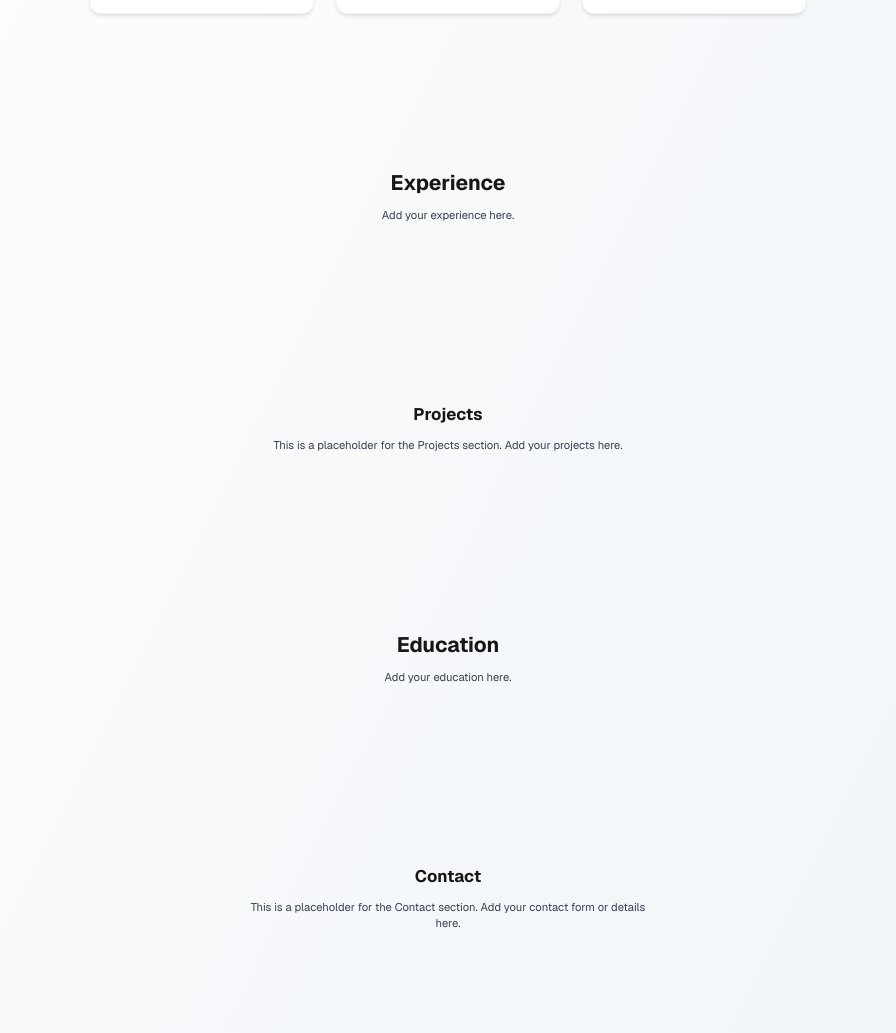
Repository: winniewyl/personal-portfolio
Page: /
These files come from the project's save history. The page is drawn as it stood at one moment and after the next save; the edit follows.
The browser window is 1280 px wide. The pictures show the part of the page from y = 1097 to 3017 px (the page is 2573 px tall before and 3897 px after), at 70% of full size.
The project was rebuilt for these pictures with package versions that can differ from the ones it lists, and the page was loaded fresh each time. The framework's server and built-in components were replaced by stand-ins that run in the browser. Also part of the build but not shown: next.config.ts.

Above is the page before, as saved 2025-07-22 11:39:55.

After the next save:
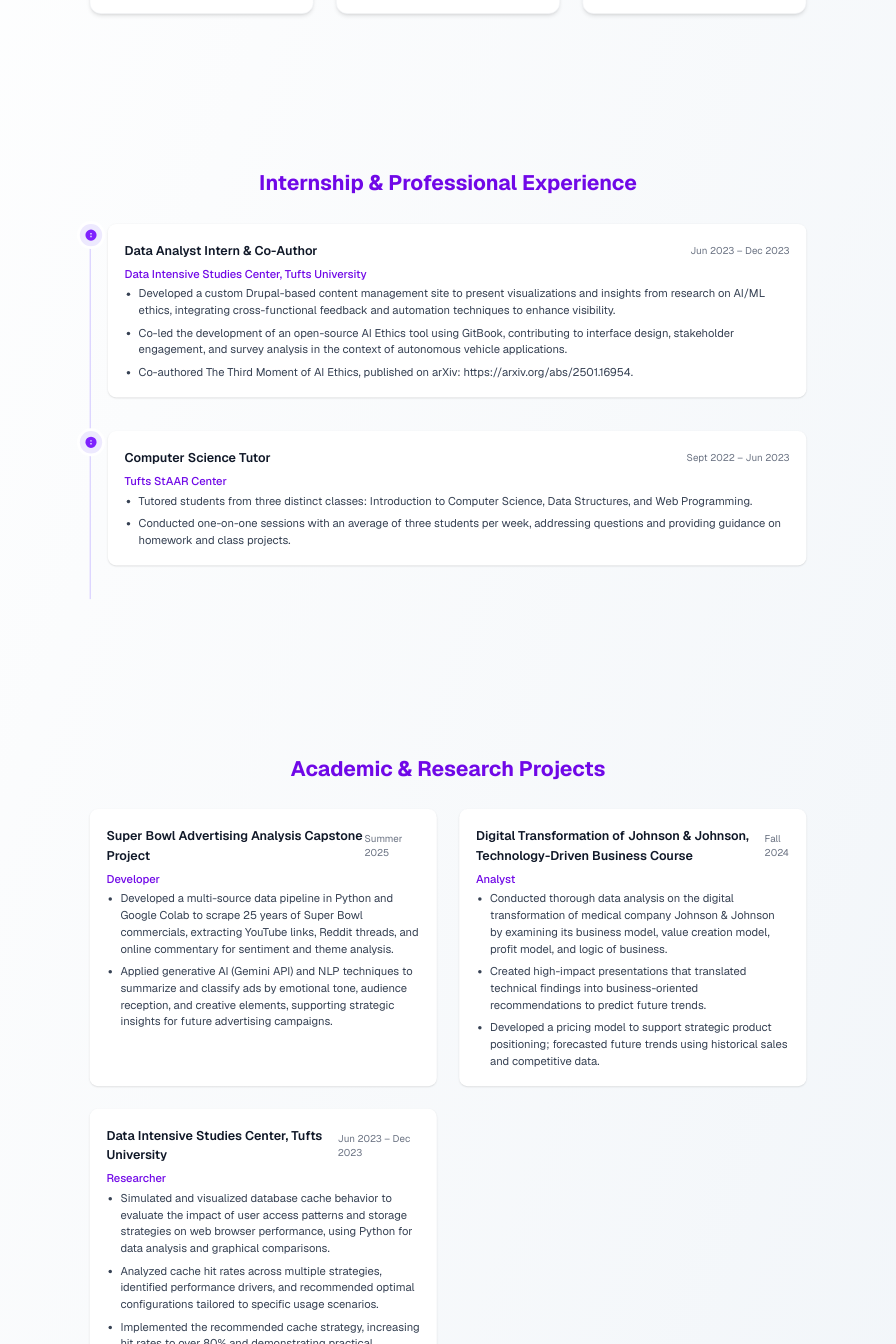
Saved 5 min 55 s later.
--- a/src/app/page.tsx
+++ b/src/app/page.tsx
@@ -2,6 +2,61 @@ import Hero from '../components/Hero';
 import About from '../components/About';
 import Projects from '../components/Projects';
 import Contact from '../components/Contact';
+
+const experienceData = [
+  {
+    org: 'Data Intensive Studies Center, Tufts University',
+    title: 'Data Analyst Intern & Co-Author',
+    date: 'Jun 2023 – Dec 2023',
+    highlights: [
+      'Developed a custom Drupal-based content management site to present visualizations and insights from research on AI/ML ethics, integrating cross-functional feedback and automation techniques to enhance visibility.',
+      'Co-led the development of an open-source AI Ethics tool using GitBook, contributing to interface design, stakeholder engagement, and survey analysis in the context of autonomous vehicle applications.',
+      'Co-authored The Third Moment of AI Ethics, published on arXiv: https://arxiv.org/abs/2501.16954.',
+    ],
+  },
+  {
+    org: 'Tufts StAAR Center',
+    title: 'Computer Science Tutor',
+    date: 'Sept 2022 – Jun 2023',
+    highlights: [
+      'Tutored students from three distinct classes: Introduction to Computer Science, Data Structures, and Web Programming.',
+      'Conducted one-on-one sessions with an average of three students per week, addressing questions and providing guidance on homework and class projects.',
+    ],
+  },
+];
+
+const projectData = [
+  {
+    title: 'Super Bowl Advertising Analysis Capstone Project',
+    role: 'Developer',
+    date: 'Summer 2025',
+    highlights: [
+      'Developed a multi-source data pipeline in Python and Google Colab to scrape 25 years of Super Bowl commercials, extracting YouTube links, Reddit threads, and online commentary for sentiment and theme analysis.',
+      'Applied generative AI (Gemini API) and NLP techniques to summarize and classify ads by emotional tone, audience reception, and creative elements, supporting strategic insights for future advertising campaigns.',
+    ],
+  },
+  {
+    title:
+      'Digital Transformation of Johnson & Johnson, Technology-Driven Business Course',
+    role: 'Analyst',
+    date: 'Fall 2024',
+    highlights: [
+      'Conducted thorough data analysis on the digital transformation of medical company Johnson & Johnson by examining its business model, value creation model, profit model, and logic of business.',
+      'Created high-impact presentations that translated technical findings into business-oriented recommendations to predict future trends.',
+      'Developed a pricing model to support strategic product positioning; forecasted future trends using historical sales and competitive data.',
+    ],
+  },
+  {
+    title: 'Data Intensive Studies Center, Tufts University',
+    role: 'Researcher',
+    date: 'Jun 2023 – Dec 2023',
+    highlights: [
+      'Simulated and visualized database cache behavior to evaluate the impact of user access patterns and storage strategies on web browser performance, using Python for data analysis and graphical comparisons.',
+      'Analyzed cache hit rates across multiple strategies, identified performance drivers, and recommended optimal configurations tailored to specific usage scenarios.',
+      'Implemented the recommended cache strategy, increasing hit rates to over 80% and demonstrating practical application of automation and performance optimization principles.',
+    ],
+  },
+];
 
 export default function Home() {
   return (
@@ -65,20 +120,81 @@ export default function Home() {
         >
           <About />
         </section>
+        {/* Experience Section */}
         <section
           id="experience"
           className="w-full flex flex-col items-center py-20 sm:py-28 max-w-5xl mx-auto scroll-mt-24"
         >
-          <h2 className="text-3xl font-bold mb-4">Experience</h2>
-          <p className="max-w-xl text-center text-gray-700 dark:text-gray-300">
-            Add your experience here.
-          </p>
-        </section>
+          <h2 className="text-3xl font-bold mb-10 text-violet-700 dark:text-violet-400">
+            Internship & Professional Experience
+          </h2>
+          <ol className="relative border-l-2 border-violet-200 dark:border-violet-700">
+            {experienceData.map((exp, idx) => (
+              <li key={exp.title} className="mb-12 ml-6">
+                <span className="absolute flex items-center justify-center w-8 h-8 bg-violet-100 rounded-full -left-4 ring-4 ring-white dark:ring-[#18181c]">
+                  <svg
+                    className="w-5 h-5 text-violet-600"
+                    fill="currentColor"
+                    viewBox="0 0 20 20"
+                  >
+                    <path d="M10 2a8 8 0 100 16 8 8 0 000-16zm1 11H9v-2h2v2zm0-4H9V7h2v2z" />
+                  </svg>
+                </span>
+                <div className="bg-white dark:bg-[#232336] rounded-xl shadow p-6">
+                  <div className="flex flex-col sm:flex-row sm:items-center sm:justify-between mb-2">
+                    <span className="font-semibold text-lg text-gray-900 dark:text-white">
+                      {exp.title}
+                    </span>
+                    <span className="text-sm text-gray-500 dark:text-gray-400">
+                      {exp.date}
+                    </span>
+                  </div>
+                  <div className="text-md font-medium text-violet-700 dark:text-violet-300 mb-1">
+                    {exp.org}
+                  </div>
+                  <ul className="list-disc pl-5 space-y-2 text-gray-700 dark:text-gray-300">
+                    {exp.highlights.map((h, i) => (
+                      <li key={i}>{h}</li>
+                    ))}
+                  </ul>
+                </div>
+              </li>
+            ))}
+          </ol>
+        </section>
+        {/* Projects Section */}
         <section
           id="projects"
           className="w-full flex flex-col items-center py-20 sm:py-28 max-w-5xl mx-auto scroll-mt-24"
         >
-          <Projects />
+          <h2 className="text-3xl font-bold mb-10 text-violet-700 dark:text-violet-400">
+            Academic & Research Projects
+          </h2>
+          <div className="grid md:grid-cols-2 gap-8 w-full">
+            {projectData.map((proj, idx) => (
+              <div
+                key={proj.title}
+                className="bg-white dark:bg-[#232336] rounded-xl shadow p-6 flex flex-col"
+              >
+                <div className="flex flex-col sm:flex-row sm:items-center sm:justify-between mb-2">
+                  <span className="font-semibold text-lg text-gray-900 dark:text-white">
+                    {proj.title}
+                  </span>
+                  <span className="text-sm text-gray-500 dark:text-gray-400">
+                    {proj.date}
+                  </span>
+                </div>
+                <div className="text-md font-medium text-violet-700 dark:text-violet-300 mb-1">
+                  {proj.role}
+                </div>
+                <ul className="list-disc pl-5 space-y-2 text-gray-700 dark:text-gray-300">
+                  {proj.highlights.map((h, i) => (
+                    <li key={i}>{h}</li>
+                  ))}
+                </ul>
+              </div>
+            ))}
+          </div>
         </section>
         <section
           id="education"
